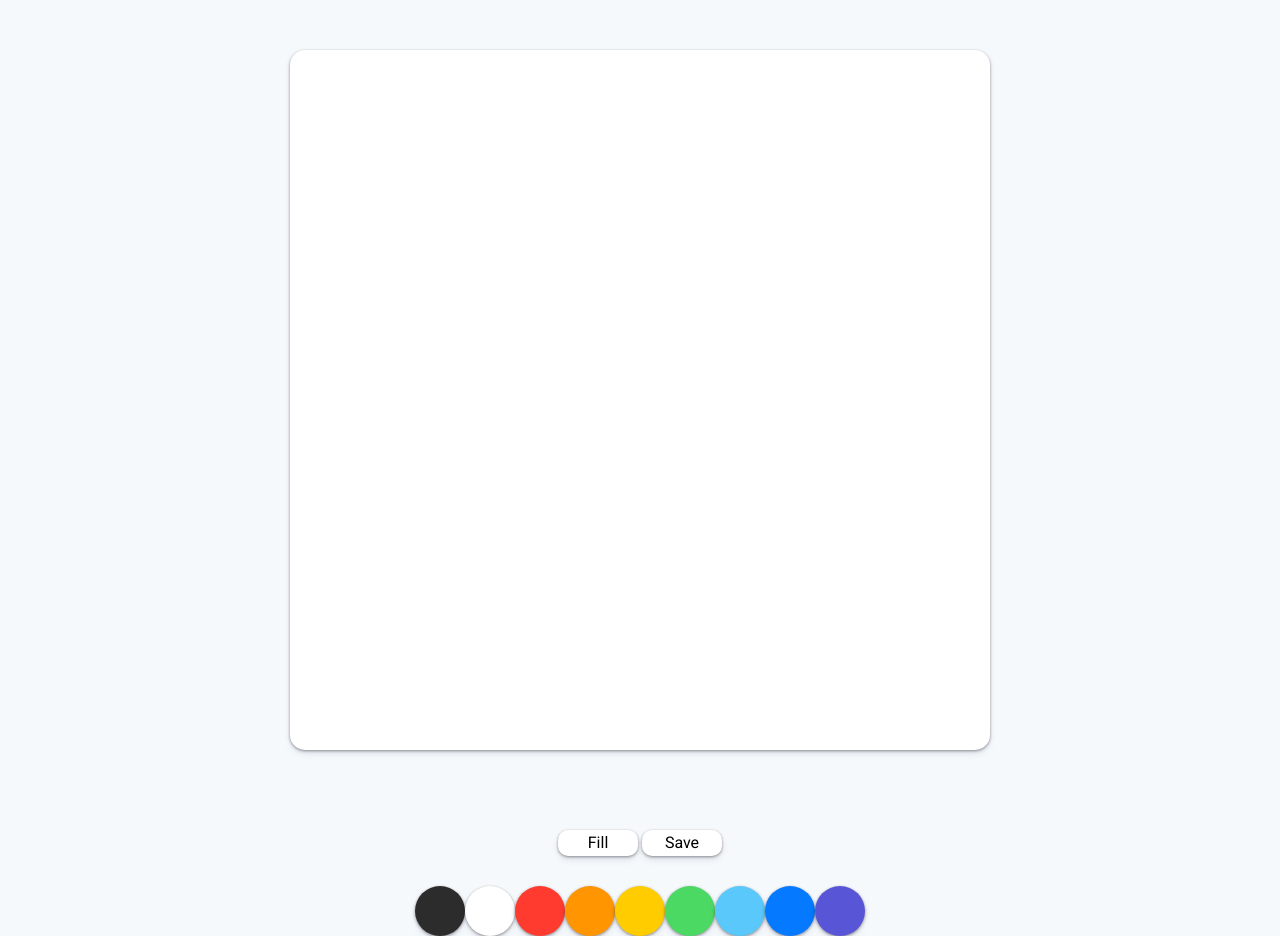
Repository: haleyjung/paintjs
Page: index.html
An editor plug-in stored every save of this project. The page is shown before and after the next save, followed by the edit.
The browser window is 1280 px wide. The pictures show the whole page.

Above is the page before, as saved 2020-11-24 22:57:08.

### index.html
<!DOCTYPE html>
<html lang="en">
<head>
    <meta charset="UTF-8">
    <meta name="viewport" content="width=device-width, initial-scale=1.0">
    <link rel="stylesheet" href="style.css" />
    <title>PaintJS</title>
</head>
<body>

    <canvas id="jsCanvas" class="canvas"></canvas>

    <div class="controls">

        <!-- Buttons -->
        <div class="controls__btns">
            <button id="jsMode">Fill</button>
            <button id="jsSave">Save</button>
        </div>

        <!-- Paint -->
        <div class="controls__colors" id="jsColors">
            <div class="controls__color" style="background-color:#2c2c2c"></div>
            <div class="controls__color" style="background-color:white"></div>
            <div class="controls__color" style="background-color:#ff3b30"></div>
            <div class="controls__color" style="background-color:#ff9500"></div>
            <div class="controls__color" style="background-color:#ffcc00"></div>
            <div class="controls__color" style="background-color:#4cd963"></div>
            <div class="controls__color" style="background-color:#5ac8fa"></div>
            <div class="controls__color" style="background-color:#0579ff"></div>
            <div class="controls__color" style="background-color:#5856d6"></div>
        </div>

    </div>

    <script src="app.js"></script>
</body>
</html>

### style.css
@import "reset.css";
@import url("https://fonts.googleapis.com/css2?family=Roboto:wght@300;400;500;700&display=swap");

body {
  background-color: #f6f9fc;
  font-family: "Roboto", sans-serif;
  display: flex;
  flex-direction: column;
  align-items: center;
  padding-top: 50px;
}

.canvas {
  width: 700px;
  height: 700px;
  background-color: white;
  border-radius: 15px;
  box-shadow: 0 4px 6px rgba(50, 50, 93, 0.11), 0 1px 3px rgba(0, 0, 0, 0.4);
}

.controls {
  margin-top: 80px;
  display: flex;
  flex-direction: column;
  align-items: center;
}

.controls .controls__btns {
  margin-bottom: 30px;
}

.controls__btns button {
  all: unset;
  cursor: pointer;
  background-color: white;
  padding: 5px 0px;
  width: 80px;
  text-align: center;
  border-radius: 10px;
  box-shadow: 0 4px 6px rgba(50, 50, 93, 0.11), 0 1px 3px rgba(0, 0, 0, 0.4);
}

.controls .controls__colors {
  display: flex;
}

.controls__colors .controls__color {
  width: 50px;
  height: 50px;
  border-radius: 50%;
  cursor: pointer;
  box-shadow: 0 4px 6px rgba(50, 50, 93, 0.11), 0 1px 3px rgba(0, 0, 0, 0.4);
}

Loaded but not shown: reset.css (common file); app.js (no copy from this time; the picture is the same without it)

After the next save:
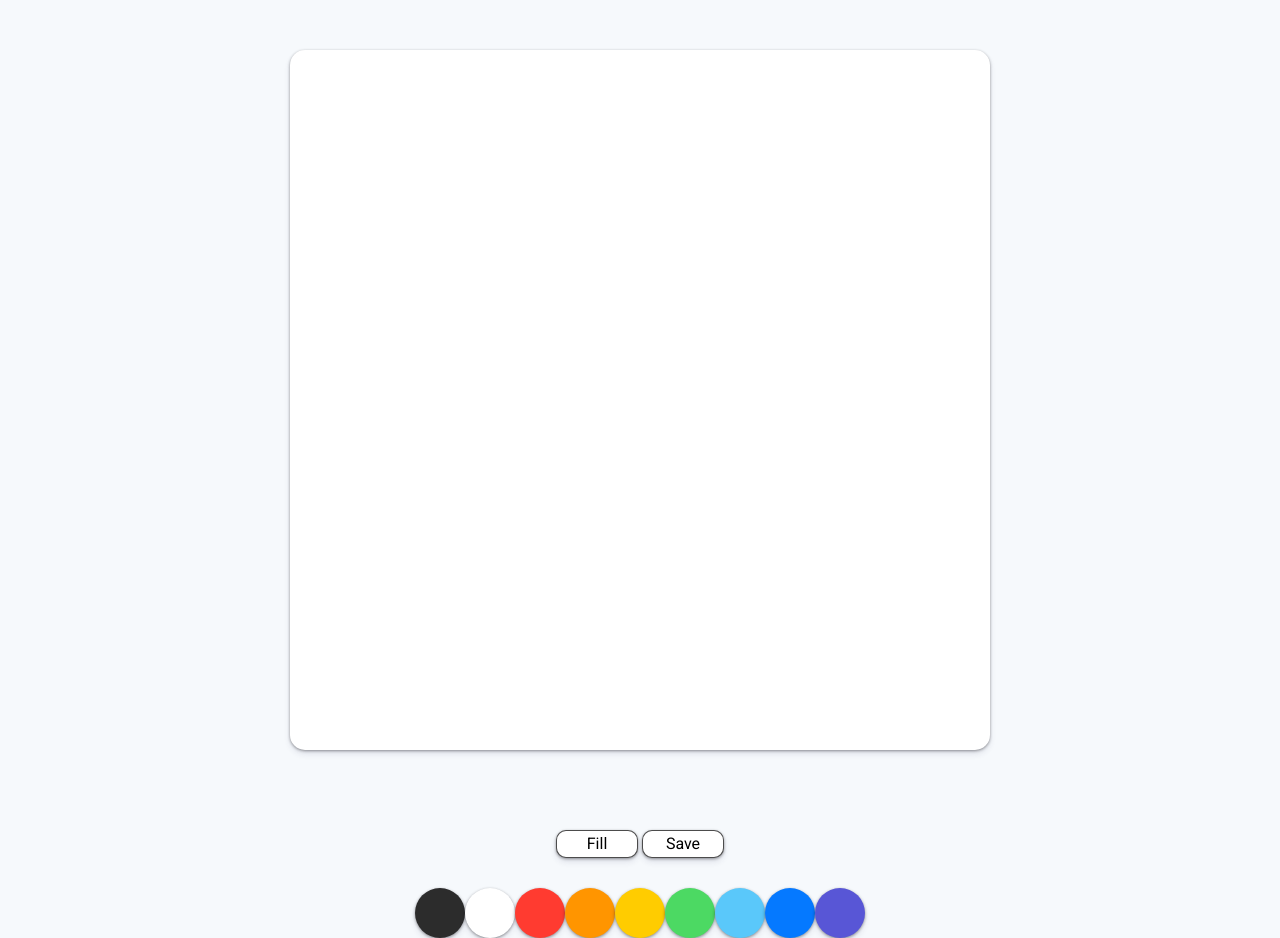
Saved 23 s later.
--- a/style.css
+++ b/style.css
@@ -37,6 +37,7 @@ body {
   width: 80px;
   text-align: center;
   border-radius: 10px;
+  border: 1px solid rgba(0, 0, 0, 0.7);
   box-shadow: 0 4px 6px rgba(50, 50, 93, 0.11), 0 1px 3px rgba(0, 0, 0, 0.4);
 }
 
